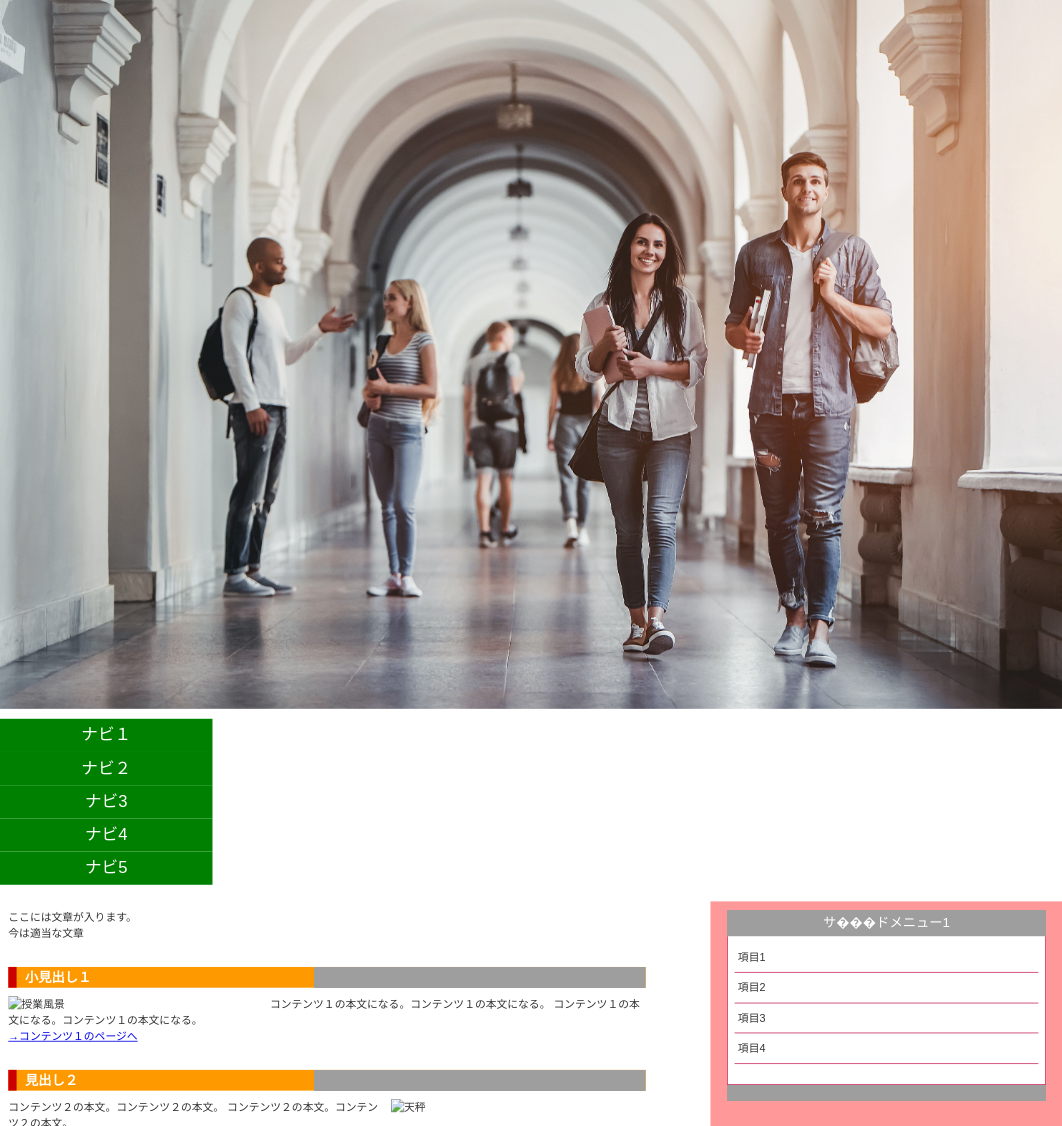
Repository: tsubasa2/restaurant
Page: home.html
The author's editor kept a record of every edit. The page is drawn from the files as they stood at one moment, then again after the next edit.
The browser window is 1280 px wide. The pictures show the part of the page from y = 0 to 1357 px (the page is 1689 px tall), at 83% of full size.
Pictures or frames that could not be fetched are drawn as grey boxes.

Above is the page before.

### home.html
<!DOCTYPE html>
<html lang="ja">
    <head>
        <meta charset="UTF-8">
        <title>HTML/CSSの学習</title>
        <link rel="stylesheet" href="stylesheet.css">
    </head>
    <body>
         <div id="header">
            <h1><a href="index.html"><img id="corridor" src="images/corridor.jpg" alt="大学の廊下" /></a></h1>
         </div>
        <div id="wrapper">
            <div id="nav">
                <ul>
                    <li><a href="home.html">ナビ１</a></li>
                    <li><a href="#">ナビ２</a></li>
                    <li><a href="#">ナビ3</a></li>
                    <li><a href="#">ナビ4</a></li>
                    <li><a href="#">ナビ5</a></li>
                </ul>
            </div>
            <div id="container">
                <div id="main">
                    <div class="post">
                        <p>ここには文章が入ります。<br />今は適当な文章</p>
                    </div>
                    <div class="post clearfix">
                        <h2>小見出し１</h2>
                        <img class="left" scr="images/classroom.jpg" alt="授業風景"/>
                        <p>コンテンツ１の本文になる。コンテンツ１の本文になる。
                        コンテンツ１の本文になる。コンテンツ１の本文になる。
                        </p>
                        <p><a href="#">→コンテンツ１のページへ</a></p>
                    </div>
                    <div class="post clearfix">
                        <h2>見出し２</h2>
                        <img class="right" scr="image/scale.jpg" alt="天秤"/>
                        <p>コンテンツ２の本文。コンテンツ２の本文。
                        コンテンツ２の本文。コンテンツ２の本文。
                        </p>
                    </div>
                </div>
            </div>
        </div>
        <div id="side">
                <div class="box">
                    <h2>サ���ドメニュー1</h2>
                    <div class="boxBody">
                        <ul>
                            <li>項目1</li>
                            <li>項目2</li>
                            <li>項目3</li>
                            <li>項目4</li>
                        </ul>
                    </div>
                </div>
                <div class="box">
                    <h2>サイドメニュー2</h2>
                    <div class="boxBody">
                        <ul>
                            <li>項目1</li>
                            <li>項目2</li>
                            <li>項目3</li>
                            <li>項目4</li>
                        </ul>
                    </div>
                </div>
            </div>
        <div id="footer">
            <p>&copy; 20xx 〇〇All RightResereved.</p>
        </div>
    </body>
</html>

### stylesheet.css
@charset "utf-8";

body {
	margin: 0;
	padding: 0;
	font-family: "ヒラギノ角ゴ Pro W3", "Hiragino Kaku Gothic Pro", "メイリオ", Meiryo, Osaka, "ＭＳ Ｐゴシック", "MS PGothic", sans-serif;
	color: #333;
	font-size: 13px;
	line-height: 150%;
}


#wrapper{
    width:100%;
    margin:auto;
    padding:0px;
    border:0px;
    background-color:#FFF;
    top:10px;
    position:relative;
}


#header{
    wigth: 100%;
}
#header h1{
    margin:0;
    padding:0;
}

#corridor{
    width: 100%;
    height: auto;
}



#footer{
    clear: both;
    width: 100%;
    padding: 3px 0 3px 0;
    background: #39F;
    color: #FFF;
    font-weight: bold;
    text-align: center;
}




#nav{
    width: 100%;
}
#nav ul{
    margin:0;
    padding:0;
    list-style-type: none;
}
#nav ul{
    float:left;
    width: 20%;
    text-align: center;
}
#nav ul li a{
    display: block;
    height: 20px;
    margin: 0;
    padding: 10px;
    color: #FFF;
    font-size: 20px;
    text-decoration: none;
    background-color: green;
}

#nav ul li a:hover{
    filter:drop-shadow(10px 10px 10px black);
}

#container {
	 width: 100%;
	 margin: auto ;
	 padding: auto;
	 padding-top: 20px;
	 clear: both;
 }



 #main {
	 float: left;
	 width: 60%;
	 padding: 10px 30px 10px 10px;
 }
 #main h2 {
	 margin: 0 0 10px 0;
	 padding: 3px 10px 3px 10px;
	 color: #FFF;
	 font-size: 16px;
	 border-left: solid 10px #C00;
	 background: #F90 url(../images/main_h2.jpg) right top repeat-y;
 }
 #main p {
	 margin: 0;
	 padding: 0;
 }
 #main .post {
	 margin: 0 0 30px 0;
 }

 #main .post img.right {
	 margin: 0 0 0 8px;
 }
 #main .post img.left {
	 margin: 0 8px 0 0;
 }

 .right {
	 float: right;
	 width: 40%;
	 height: auto;
 }
 .left {
	 float: left;
	 width: 40%;
	 height: auto;
 }


 .clearfix {
	 zoom: 1;
 }
 .clearfix:after{
	 content: "";
	 display: block;
	 clear: both;
 }

 #side {
 	 float: right;
 	 width: 30%;
 	 padding: 20px;
 	 background-color: #F99;
 }
 #side .box {
 	 margin: 0 auto 30px auto;
 	 padding: 0 0 20px 0;
 	 background: url(images/side_box.png) bottom no-repeat;
 }
 #side .box h2 {
 	 margin: 0;
 	 padding: 8px;
 	 text-align: center;
 	 color: #fff;
 	 font-size: 16px;
 	 line-height: 16px;
 	 font-weight: normal;
 	 background: url(images/side_box_h2.png) center no-repeat;
 }
 #side .box .boxBody {
 	 padding: 8px; 	 border-right: solid 1px #C36;
 	 border-bottom: solid 1px #C36;
 	 border-left: solid 1px #C36;
 	 background: #fff;
 }
 #side .box .boxBody ul {
 	 margin: 0 0 16px 0;
 	 padding: 0;
 }
 #side .box .boxBody ul li {
 	 padding: 8px 0 8px 4px;
 	 list-style: none;
 	 border-bottom: solid 1px #C36;
 }

 #side .box .Boxbody ul li:hover{
     padding:8px 0px 8px 4px;
     list-style:none;
     border-bottom:solid 1px #C36;
     box-shadow:0px 4px 4px rgba(0,0,0,0.3) ;
     }

After the next edit:
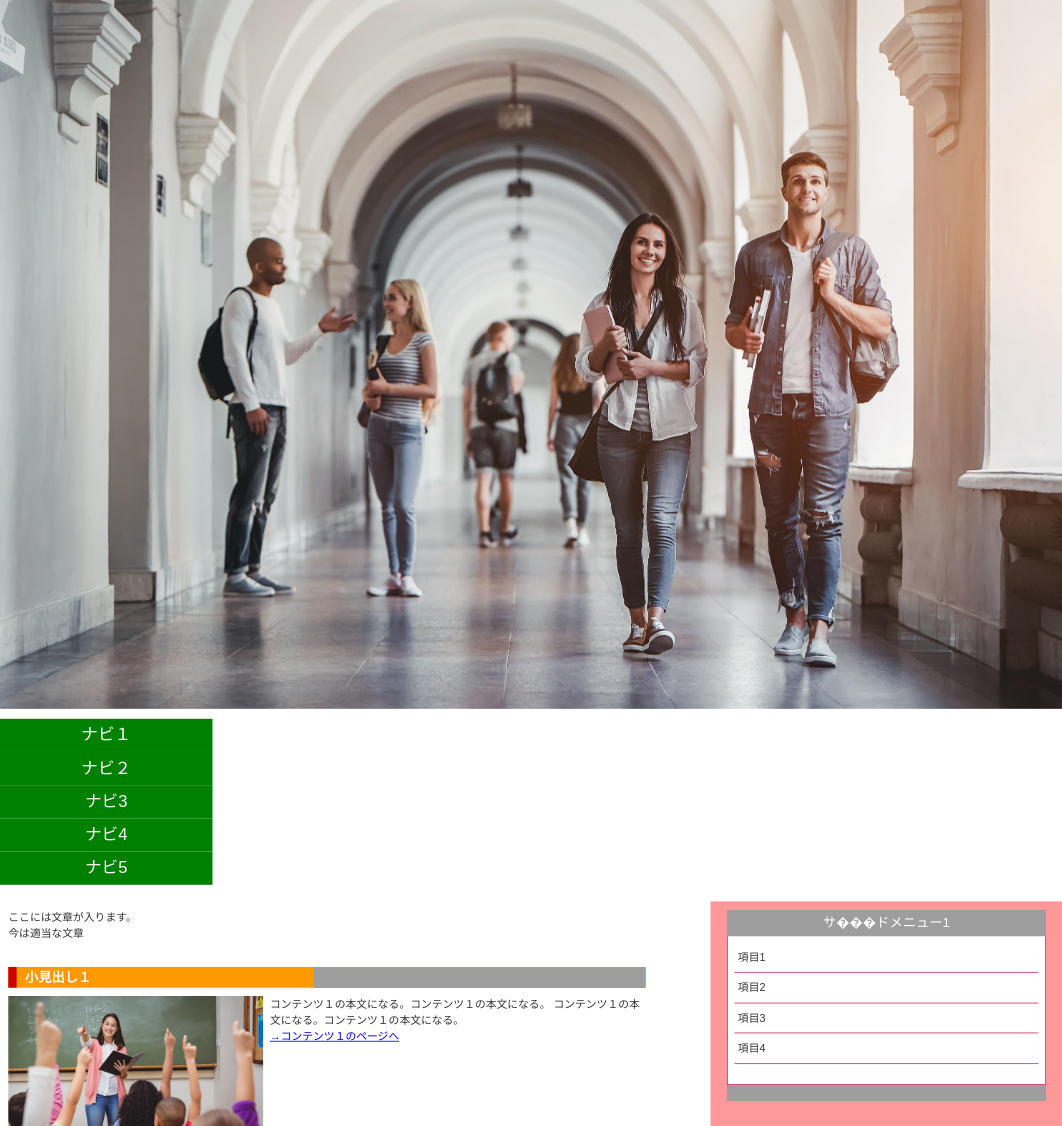
The edit:
--- a/home.html
+++ b/home.html
@@ -26,7 +26,7 @@
                     </div>
                     <div class="post clearfix">
                         <h2>小見出し１</h2>
-                        <img class="left" scr="images/classroom.jpg" alt="授業風景"/>
+                        <img class="left" src="images/classroom.jpg" alt="授業風景"/>
                         <p>コンテンツ１の本文になる。コンテンツ１の本文になる。
                         コンテンツ１の本文になる。コンテンツ１の本文になる。
                         </p>
